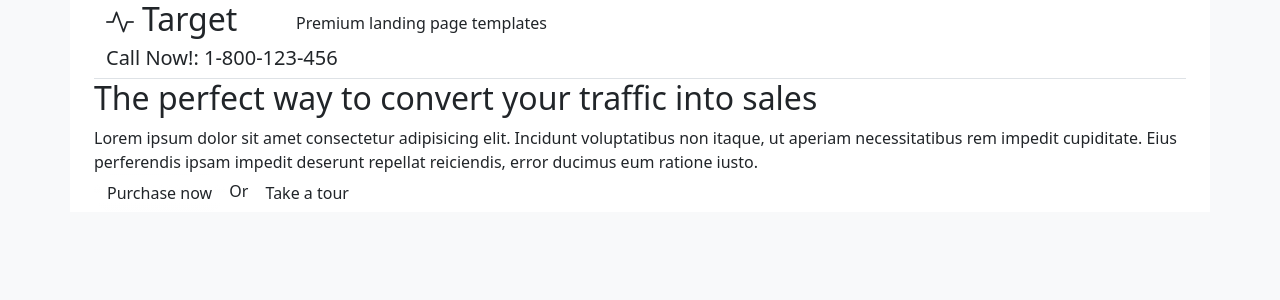
Repository: lyvandat/dh---bootstrap1
Page: index.html
An editor plug-in stored every save of this project. The page is shown before and after the next save, followed by the edit.
The browser window is 1280 px wide. The pictures show the whole page.
Some web libraries are served in a nearby version.

Above is the page before, as saved 2022-11-01 20:04:15.

### index.html
<!DOCTYPE html>
<html lang="en">
  <head>
    <!-- Required meta tags -->
    <meta charset="utf-8" />
    <meta name="viewport" content="width=device-width, initial-scale=1" />

    <!-- Bootstrap CSS -->
    <link
      href="https://cdn.jsdelivr.net/npm/bootstrap@5.0.2/dist/css/bootstrap.min.css"
      rel="stylesheet"
      integrity="sha384-EVSTQN3/azprG1Anm3QDgpJLIm9Nao0Yz1ztcQTwFspd3yD65VohhpuuCOmLASjC"
      crossorigin="anonymous"
    />
    <link
      rel="stylesheet"
      href="https://cdn.jsdelivr.net/npm/bootstrap-icons@1.9.1/font/bootstrap-icons.css"
    />
    <title>Hello, world!</title>
  </head>
  <body class="bg-light">
    <div class="container px-4 bg-white">
      <section
        class="container align-items-center bg-white border-bottom border-gray"
      >
        <div class="row">
          <div class="col-2 d-inline-flex me-2">
            <i class="bi bi-activity fs-3 me-2"></i>
            <h2>Target</h2>
          </div>
          <div class="col-7 d-flex align-items-center">
            <div class="text-gray font-style-italic">
              Premium landing page templates
            </div>
          </div>
          <div class="col-3 d-flex align-items-center">
            <h3 class="fs-5">Call Now!: 1-800-123-456</h3>
          </div>
        </div>
      </section>

      <!-- intro -->
      <section class="">
        <div>
          <h2>The perfect way to convert your traffic into sales</h2>
          <article>
            Lorem ipsum dolor sit amet consectetur adipisicing elit. Incidunt
            voluptatibus non itaque, ut aperiam necessitatibus rem impedit
            cupiditate. Eius perferendis ipsam impedit deserunt repellat
            reiciendis, error ducimus eum ratione iusto.
          </article>
          <div>
            <button class="btn rounded-pill bg-orange bg-gradient">
              Purchase now
            </button>
            <span>Or</span>
            <button class="btn rounded-pill">Take a tour</button>
          </div>
        </div>
      </section>
    </div>
    <!-- Optional JavaScript; choose one of the two! -->

    <!-- Option 1: Bootstrap Bundle with Popper -->
    <script
      src="https://cdn.jsdelivr.net/npm/bootstrap@5.0.2/dist/js/bootstrap.bundle.min.js"
      integrity="sha384-MrcW6ZMFYlzcLA8Nl+NtUVF0sA7MsXsP1UyJoMp4YLEuNSfAP+JcXn/tWtIaxVXM"
      crossorigin="anonymous"
    ></script>
  </body>
</html>

After the next save:
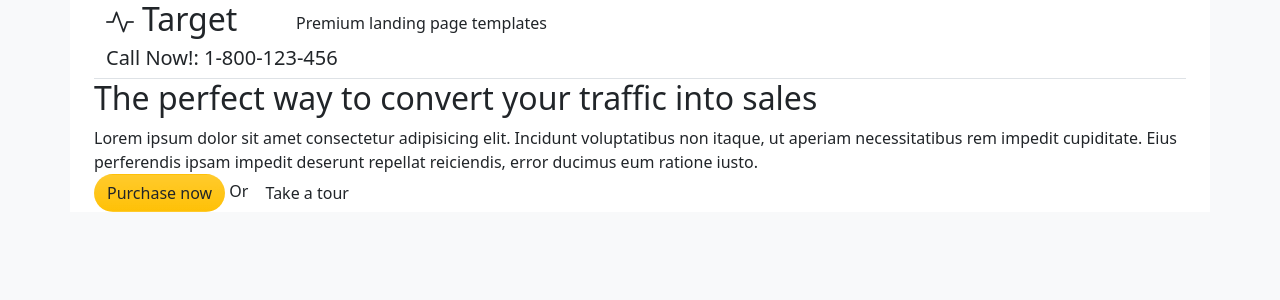
Saved 5 s later.
--- a/index.html
+++ b/index.html
@@ -50,7 +50,7 @@
             reiciendis, error ducimus eum ratione iusto.
           </article>
           <div>
-            <button class="btn rounded-pill bg-orange bg-gradient">
+            <button class="btn rounded-pill bg-warning bg-gradient">
               Purchase now
             </button>
             <span>Or</span>
